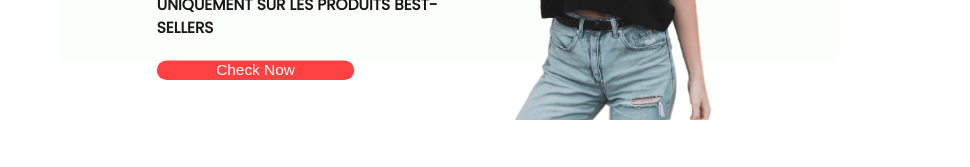
Repository: Flora-J/frontend
Page: /
An editor plug-in stored every save of this project. The page is shown before and after a run of saves, followed by the edit.
The browser window is 1280 px wide. The page is 1385 px wide, so the pictures cover 1385 px, including what lies to the right of the window. The pictures show the part of the page from y = 1808 to 3568 px (the page is 2047 px tall before and 6425 px after), at 70% of full size.
The project was rebuilt for these pictures with package versions that can differ from the ones it lists, and the page was loaded fresh each time. Also part of the build but not shown: src/App.css, src/pages/ShopCategory.jsx, src/pages/Product.jsx, src/pages/Cart.jsx, src/pages/LoginSignup.jsx.

Above is the page before, as saved 2023-11-24 11:34:47.

After the next 3 saves:
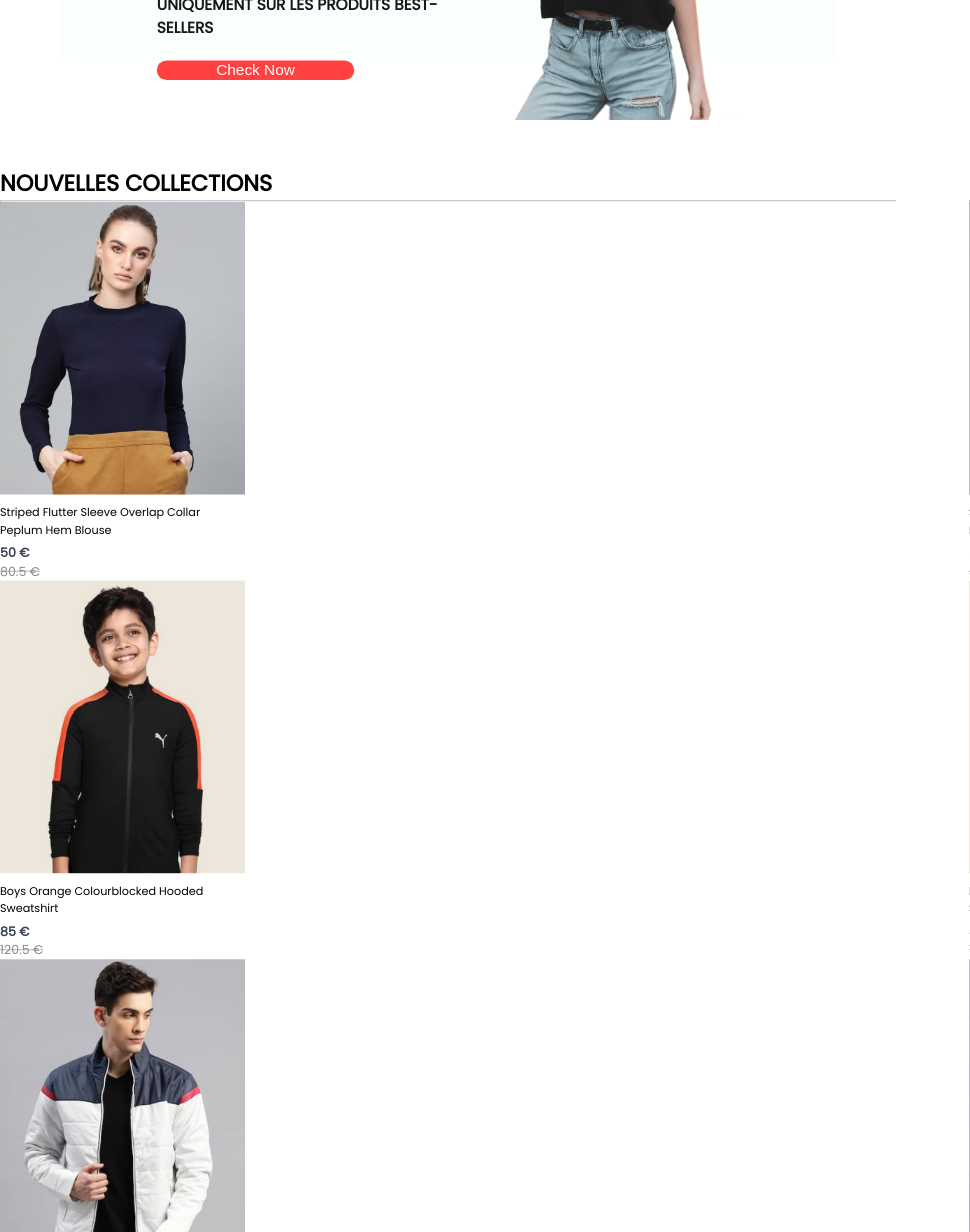
The 3 saves are shown as one change because they came seconds apart.
The last was saved 26 s later.
--- a/src/pages/Shop.jsx
+++ b/src/pages/Shop.jsx
@@ -2,6 +2,7 @@
 import Hero from "../components/Hero/Hero";
 import Popular from "../components/Popular/Popular";
 import Offers from "../components/Offers/Offers";
+import NewCollections from "../components/NewCollections/NewCollections";
 
 const Shop = () => {
   return (
@@ -9,6 +10,7 @@
       <Hero />
       <Popular />
       <Offers />
+      <NewCollections/>
     </div>
   );
 };
